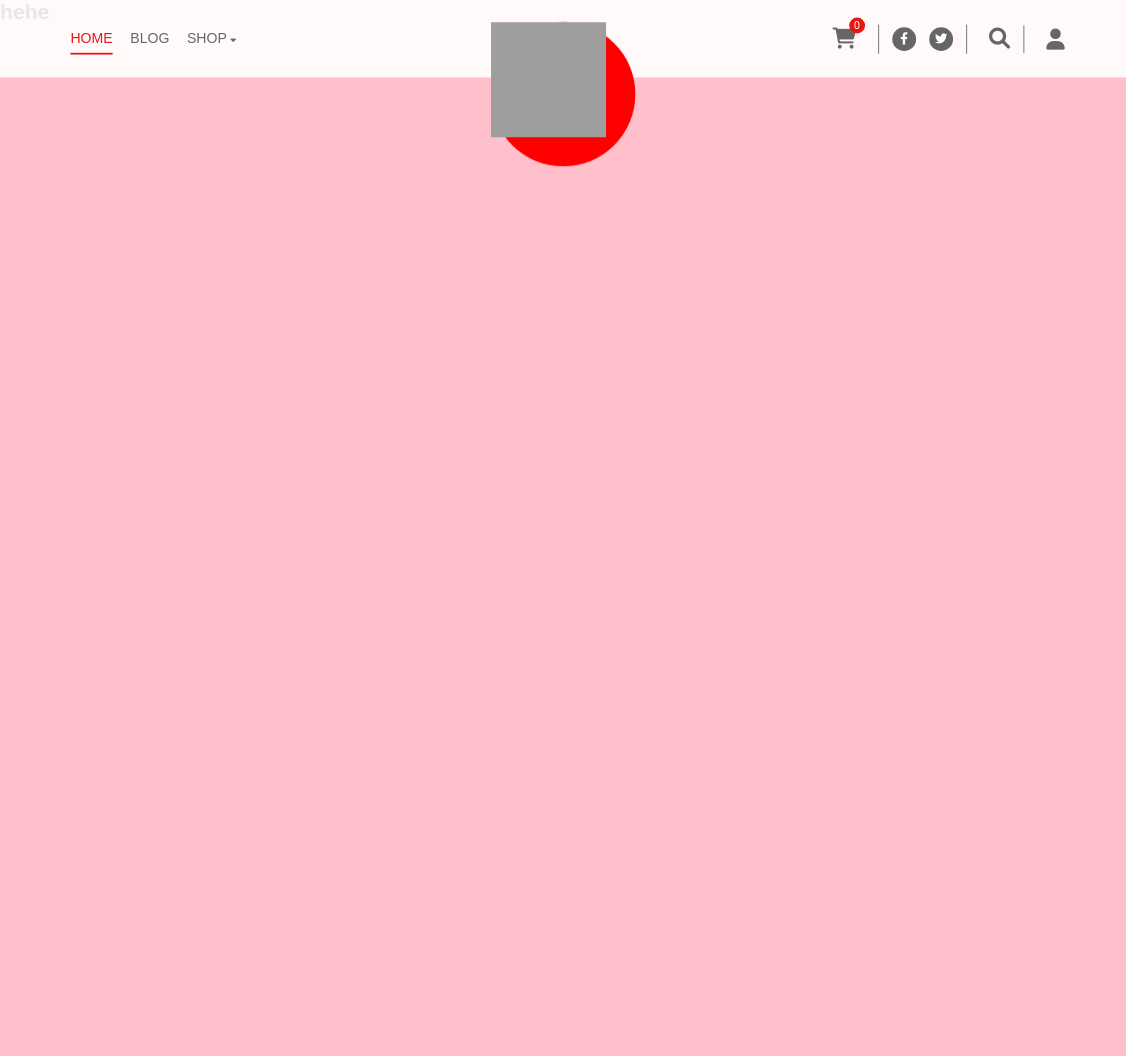
Repository: NguyenDucHung20002/header-and-scroll-top-project-cnpm
Page: blog.html
The author's editor kept a copy of each file at every save. The page is drawn from the files as they stood at one save, then again after the next save.
The browser window is 1280 px wide. The pictures show the whole page, at 88% of full size.
Pictures or frames that could not be fetched are drawn as grey boxes. The style sheet was rebuilt from its Sass, Less or Tailwind sources for each picture, by a compiler version that may differ from the author's.

Above is the page before, as saved 2022-09-15 10:19:49.
Console error: TypeError: Cannot read properties of undefined (reading 'top')

After the next save:
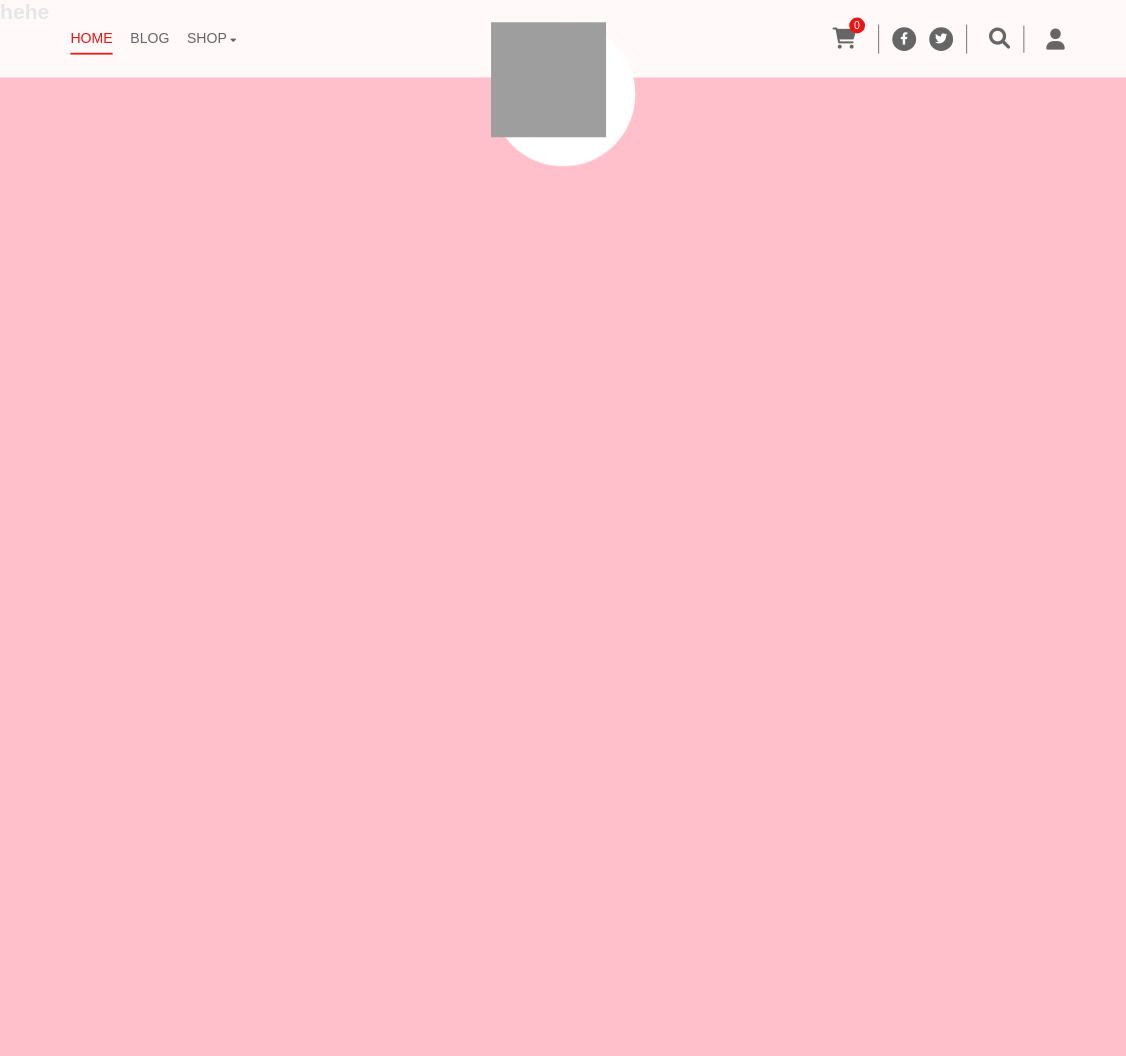
Saved 9 s later.
--- a/blog.scss
+++ b/blog.scss
@@ -128,7 +128,7 @@
           .icon-home {
             transform: translate(-50%, 10px);
             a {
-              background-color: red;
+              background-color: #ffffff;
               transition: 0.3s;
               width: 164px;
               height: 164px;
